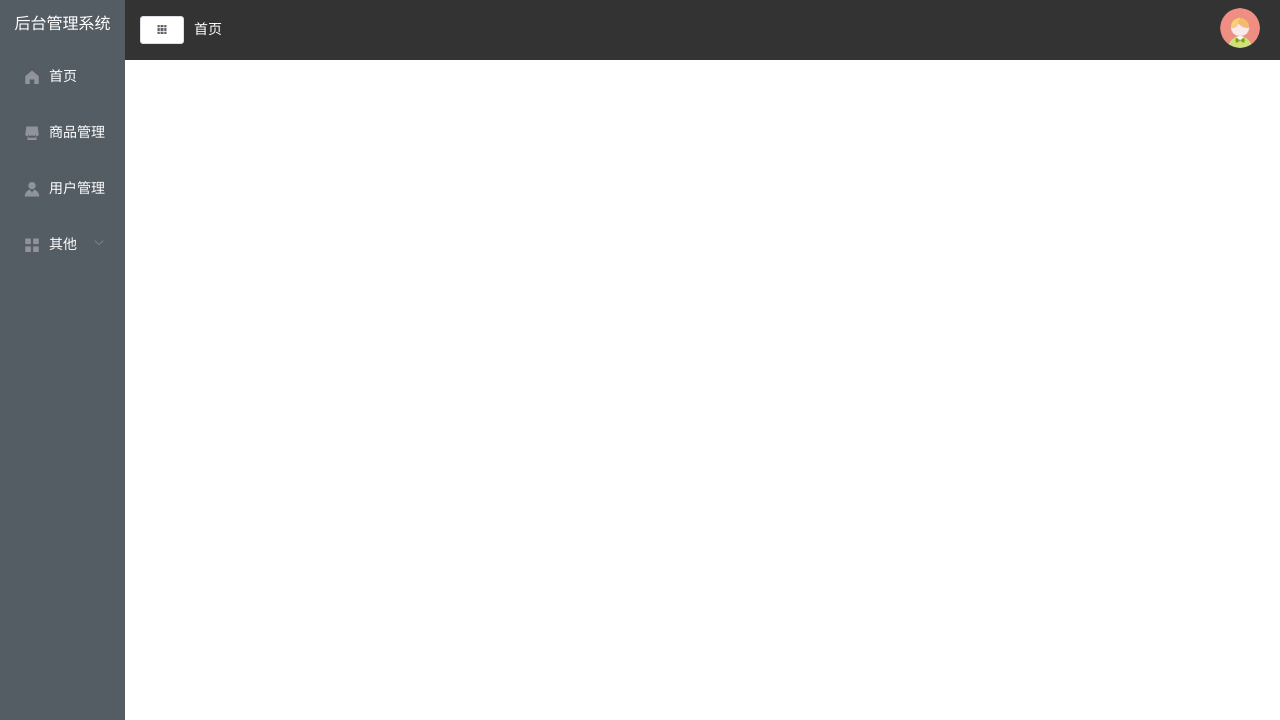
Repository: tkqi/manage
Page: /
These files come from the project's save history. The page is drawn as it stood at one moment and after the next save; the edit follows.
The browser window is 1280 px wide. The pictures show the whole page.
The project was rebuilt for these pictures with package versions that can differ from the ones it lists, and the page was loaded fresh each time. Also part of the build but not shown: vue.config.js.

Above is the page before, as saved 2023-12-03 15:27:08.

### src/main.js
import Vue from 'vue'
import App from './App.vue'
import router from './router'
import store from './store'
import ElementUI from 'element-ui';
import 'element-ui/lib/theme-chalk/index.css';

Vue.config.productionTip = false
Vue.use(ElementUI);

new Vue({
  router,
  store,
  render: h => h(App)
}).$mount('#app')

### src/App.vue
<template>
  <div id="app">
    <!-- 路由出口 -->
    <router-view />
  </div>
</template>

<script>
export default {
  name: 'App'
}
</script>

<style lang="less">
html,
body,
h3 {
  margin: 0;
  padding: 0;
}
</style>

### src/router/index.js
import Vue from 'vue'
import VueRouter from 'vue-router'
import routes from './routes'
Vue.use(VueRouter)


const router = new VueRouter({
  routes: routes
})

// 暴露router实例
export default router

### src/store/index.js
import Vue from 'vue'
import Vuex from 'vuex'
import tab from './tab.js'

Vue.use(Vuex)

const store = new Vuex.Store({
  state: {

  },
  getters: {
  },
  mutations: {
  },
  actions: {
  },
  modules: {
    tab
  }
})

export default store;

### src/router/routes.js
export default [
    // 主路由
    {
        path: '/',
        component: () => import('../views/Main.vue'),
        redirect: '/home',// 重定向
        // 子路由
        children: [
            {
                // 首页
                path: '/home',
                // 路由组件懒加载
                component: () => import('../views/Home.vue')
            },
            {
                // 用户管理
                path: '/user',
                component: () => import('../views/User.vue')
            },
            {
                // 商品管理
                path: '/mall',
                component: () => import('../views/Mall.vue')
            },
            {
                // 其他/页面1
                path: '/page1',
                component: () => import('../views/Page1.vue')
            },
            {
                // 其他/页面2
                path: '/page2',
                component: () => import('../views/Page2.vue')
            },
        ]
    },
    {
        path: '/home',
        // 路由组件懒加载
        component: () => import('../views/Home.vue')
    },
    {
        path: '/user',
        component: () => import('../views/User.vue')
    }
]

### src/store/tab.js
// 菜单相关数据
export default {
    state: {
        isCollapse: false
    },
    getters: {
        getisCollapse: (state) => state.isCollapse
    },
    mutations: {
        EDITIsCollapse(state){
            state.isCollapse = !state.isCollapse;
        }
    }
}

### src/views/Main.vue
<!-- eslint-disable vue/multi-word-component-names -->
<template>
    <div>
        <el-container>
            <el-aside width="auto">
                <sidebar />
            </el-aside>
            <el-container>
                <el-header>
                    <topbar />
                </el-header>
                <el-main>
                    <transition>
                        <router-view />
                    </transition>
                </el-main>
            </el-container>
        </el-container>
    </div>
</template>

<script>
import sidebar from '../components/sidebar.vue'
import topbar from '../components/topbar.vue';
export default {
    components: {
        sidebar,
        topbar
    }
}
</script>

<style lang="less" scoped>
.el-header {
    padding: 0;
    margin: 0;
}
</style>

### src/views/Home.vue
<!-- eslint-disable vue/multi-word-component-names -->
<template>
        <el-row>
            <el-col :span="8">
                <div class="grid-content bg-purple"></div>
            </el-col>
            <el-col :span="16">
                <div class="grid-content bg-purple-light"></div>
            </el-col>
        </el-row>
</template>

<script>
export default{
    data(){
        return{

        }
    }
}
</script>

<style lang="less" scoped>

</style>

### src/components/sidebar.vue
<!-- eslint-disable vue/multi-word-component-names -->
<template>
    <el-menu class="menu" @open="handleOpen" @close="handleClose" :collapse="isCollapse" background-color="#545c64"
        text-color="#fff" active-text-color="#ffd04b">
        <h3>{{ !isCollapse?'后台管理系统':'后台' }}</h3>
        <el-menu-item v-for="item in noChildren" :key="item.name" :index="item.name" @click="clickMenu(item)">
            <i :class="`el-icon-${item.icon}`"></i>
            <span slot="title">{{ item.label }}</span>
        </el-menu-item>
        <el-submenu v-for="item in hasChildren" :key="item.label" :index="item.label">
            <template slot="title">
                <i :class="`el-icon-${item.icon}`"></i>
                <span slot="title">{{ item.label }}</span>
            </template>
            <el-menu-item-group v-for="subitem in item.children" :key="subitem.name">
                <el-menu-item :index="subitem.name" @click="clickSubmenu(subitem)">
                    <!-- <template slot="title"> -->
                    <i :class="`el-icon-${subitem.icon}`"></i>
                    <span slot="title">{{ subitem.name }}</span>
                    <!-- </template> -->
                </el-menu-item>
            </el-menu-item-group>
        </el-submenu>
    </el-menu>
</template>

<script>
export default {
    computed: {
        // 无子菜单
        noChildren() {
            return this.menuData.filter(o => !o.children);
        },
        // 有子菜单
        hasChildren() {
            return this.menuData.filter(o => o.children);
        },
        isCollapse() {
           return this.$store.state.tab.isCollapse;
        }
    },
    data() {
        return {
            // 使用store实时改变属性需要定义到computed
            // isCollapse: this.$store.getters('getisCollapse'),
            menuData: [
                {
                    path: '/',
                    name: 'home',
                    label: "首页",
                    icon: 's-home',
                    url: 'Home/Home'
                },
                {
                    path: '/mall',
                    name: 'mall',
                    label: "商品管理",
                    icon: 's-shop',
                    url: 'MallManage/MallManage'
                },
                {
                    path: '/user',
                    name: 'user',
                    label: "用户管理",
                    icon: 's-custom',
                    url: 'UserManage/UserManage'
                },
                {
                    label: '其他',
                    icon: 'menu',
                    children: [
                        {
                            path: '/page1',
                            name: 'page1',
                            label: "页面1",
                            icon: 's-claim',
                            url: 'Other/PageOne'
                        },
                        {
                            path: '/page2',
                            name: 'page2',
                            label: "页面2",
                            icon: 's-claim',
                            url: 'Other/PageTwo'
                        },
                    ]
                }
            ]
        };
    },
    methods: {
        handleOpen(key, keyPath) {
            console.log(key, keyPath);
        },
        handleClose(key, keyPath) {
            console.log(key, keyPath);
        },
        clickMenu(item) {
            console.log(this.$router.currentRoute.path);
            // 判断当前路由于点击链接的路由不一致才跳转
            if (item.path != this.$route.path && !(this.$route.path == '/home' && item.path == '/'))
                this.$router.push(item.path);
        },
        clickSubmenu(subitem) {
            // 判断当前路由于点击链接的路由不一致才跳转
            if (subitem.path != this.$route.path)
                this.$router.push(subitem.path);
        }
    }
}
</script>

<style lang="less" scoped>
.el-menu-vertical-demo:not(.el-menu--collapse) {
    width: 200px;
    min-height: 400px;
}

.menu {
    height: 100vh;
    border-right:0;
    h3 {
        color: rgb(255, 255, 255);
        text-align: center;
        line-height: 48px;
        font-size: 16px;
        font-weight: 400;
    }
}
</style>

### src/components/topbar.vue
<!-- eslint-disable vue/multi-word-component-names -->
<template>
    <div class="head-container">
        <div class="l-content">
            <el-button icon="el-icon-s-grid" size="mini" @click="changeCollapse()"/>
            <!-- 面包屑 -->
            <span class="text">首页</span>
        </div>
        <div class="r-content">
            <el-dropdown>
                <span class="el-dropdown-link">
                    <img class="img" src="../assets/img/user-default.png" alt="">
                </span>
                <el-dropdown-menu slot="dropdown">
                    <el-dropdown-item>个人中心</el-dropdown-item>
                    <el-dropdown-item>退出</el-dropdown-item>
                </el-dropdown-menu>
            </el-dropdown>
        </div>
    </div>
</template>

<script>
export default {
    data(){
        return{

        }
    },
    methods:{
        changeCollapse(){
            console.log(1);
            this.$store.commit('EDITIsCollapse');
        }
    }
}
</script>

<style lang="less" scoped>
.head-container {
    background-color: #333;
    height: 60px;
    display: flex;
    justify-content: space-between;
    align-items: center;
    padding-left: 15px;
    padding-right: 20px;
}

// .l-content {
//     padding-left: 15px;
// }

// .r-content {}

.text {
    color: white;
    font-size: 14px;
    padding-left: 10px;
}

.img{
    height: 40px;
    width: 40px;
    border-radius: 50%;
}
</style>

Loaded but not shown: public/index.html (common file)

After the next save:
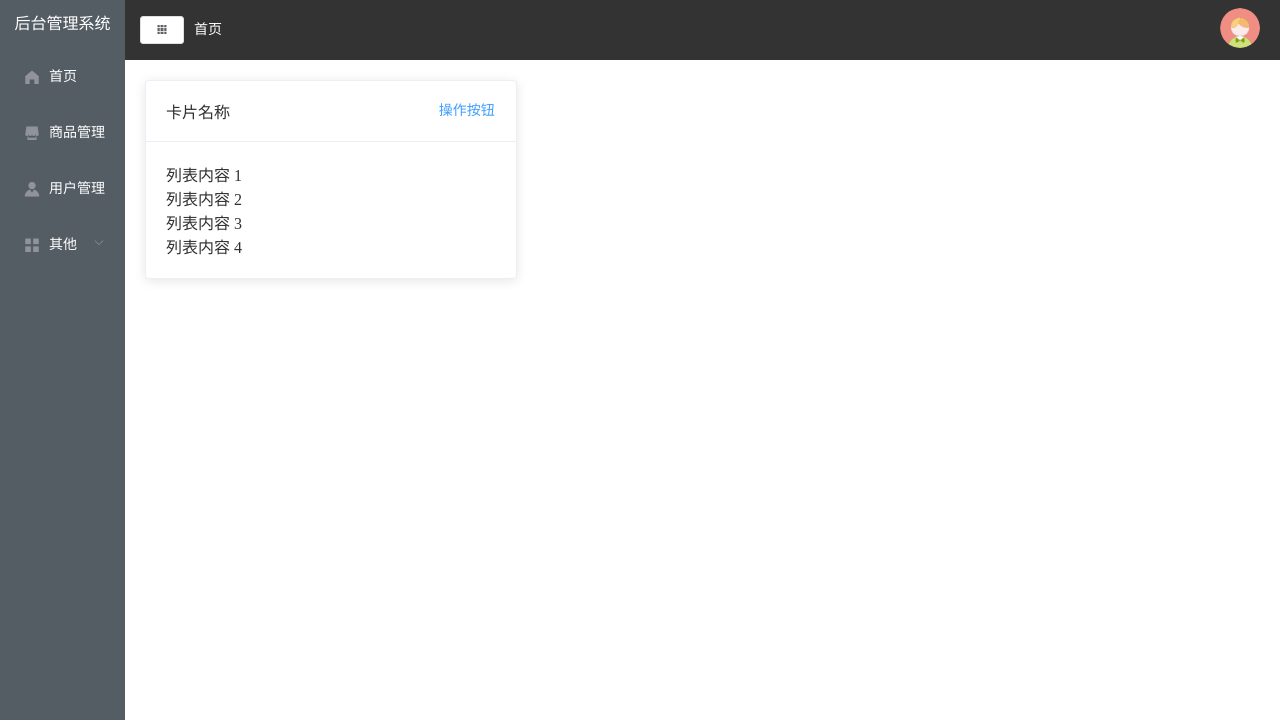
Saved 51 s later.
--- a/src/views/Home.vue
+++ b/src/views/Home.vue
@@ -1,25 +1,33 @@
 <!-- eslint-disable vue/multi-word-component-names -->
 <template>
-        <el-row>
-            <el-col :span="8">
-                <div class="grid-content bg-purple"></div>
-            </el-col>
-            <el-col :span="16">
-                <div class="grid-content bg-purple-light"></div>
-            </el-col>
-        </el-row>
+    <el-row>
+        <el-col :span="8">
+            <div class="grid-content bg-purple">
+                <el-card class="box-card">
+                    <div slot="header" class="clearfix">
+                        <span>卡片名称</span>
+                        <el-button style="float: right; padding: 3px 0" type="text">操作按钮</el-button>
+                    </div>
+                    <div v-for="o in 4" :key="o" class="text item">
+                        {{ '列表内容 ' + o }}
+                    </div>
+                </el-card>
+            </div>
+        </el-col>
+        <el-col :span="16">
+            <div class="grid-content bg-purple-light"></div>
+        </el-col>
+    </el-row>
 </template>
 
 <script>
-export default{
-    data(){
-        return{
+export default {
+    data() {
+        return {
 
         }
     }
 }
 </script>
 
-<style lang="less" scoped>
-
-</style>
+<style lang="less" scoped></style>
